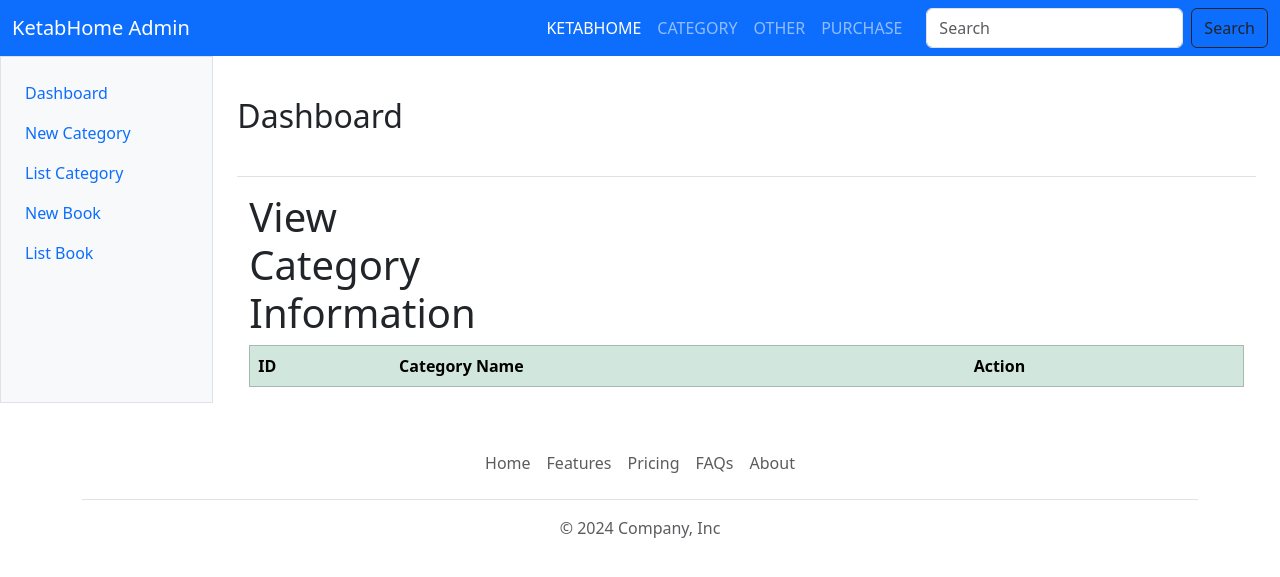
Repository: nyeinsu4520/coursera-test
Page: http://localhost/view_Categories
The author's editor kept a copy of each file at every save. The page is drawn from the files as they stood at one save, then again after the next save.
The browser window is 1280 px wide. The pictures show the whole page.
Some web fonts or font styles are not loaded; a fallback is used. The page is this project's Thymeleaf template; nobody is signed in. The template is opened directly, without the code that normally fills it, so the values that code supplies are empty.

Above is the page before, as saved 2024-05-30 17:28:04.

### KetabHome/src/main/resources/templates/view_Categories.html
<!DOCTYPE html>
<html xmlns="www.thumeleaf.org">
<head>
<meta charset="ISO-8859-1">
<title>Category Page</title>
<link rel="stylesheet"  href="/bootstrap/css/bootstrap.min.css">
<script src="/bootstrap/js/bootstrap.bundle.js" type="text/javascript"> </script>

<style>
.navbar-purple {
    background-color: purple;
}

.navbar-purple .nav-link {
    color: white !important;
}
</style>

</head>
<body>

<div th:replace="fragment/header"></div>

	<div class="container-fluid">
    <div class="row">
        <div class="sidebar border border-right col-md-3 col-lg-2 p-0 bg-body-tertiary">
            <div class="offcanvas-md offcanvas-end bg-body-tertiary" tabindex="-1" id="sidebarMenu" aria-labelledby="sidebarMenuLabel">
                <div class="offcanvas-header">
                    <h5 class="offcanvas-title" id="sidebarMenuLabel">KetabHome Admin</h5>
                    <button type="button" class="btn-close" data-bs-dismiss="offcanvas" aria-label="Close"></button>
                </div>
                <div class="offcanvas-body d-md-flex flex-column p-0 pt-lg-3 overflow-y-auto">
                    <ul class="nav flex-column">
                        <li class="nav-item">
                            <a class="nav-link d-flex align-items-center gap-2 active" aria-current="page" href="#">
                            <i class="fa-solid fa-gauge"></i>
                                Dashboard
                            </a>
                        </li>
                        <li class="nav-item">
                            <a class="nav-link d-flex align-items-center gap-2" href="#">
                            <i class="fa-solid fa-plus"></i>
                                New Category
                            </a>
                        </li>
                        <li class="nav-item">
                            <a class="nav-link d-flex align-items-center gap-2" href="#">
                            <i class="fa-solid fa-table-list"></i>
                                List Category
                            </a>
                        </li>
                        <li class="nav-item">
                            <a class="nav-link d-flex align-items-center gap-2" href="#">
                            <i class="fa-solid fa-plus"></i>
                                New Book
                            </a>
                        </li>
                        <li class="nav-item">
                            <a class="nav-link d-flex align-items-center gap-2" href="#">
                            <i class="fa-solid fa-table-list"></i>
                                List Book
                            </a>
                        </li>
                    </ul>
                </div>
            </div>
        </div>


        <main class="col-md-9 ms-sm-auto col-lg-10 px-md-4">
      <div class="d-flex justify-content-between flex-wrap flex-md-nowrap align-items-center pt-3 pb-2 mb-3 border-bottom">
        <h1 class="h2">Dashboard</h1>
        <div class="btn-toolbar mb-2 mb-md-0">
          <div class="album py-5 bg-body-tertiary">
          </div>
           </div>
           </div>
    <div class="container">
      <div class="row row-cols-1 row-cols-sm-2 row-cols-md-3 row-cols-md-4 g-4">
      <h1>View Category Information</h1>

    </div>



	<table class="table table-success " border="1">
		<tr>
		<th>ID</th>
		<th>Category Name</th>
		<th>Action</th>
		</tr>
		<tr th:each="category:${categoryList}">

			<td th:text="${category.id}"></td>
			<td th:text="${category.name}"></td>
			<td><a th:href="@{/category/edit/{id} (id=${category.id})}">Edit</a>
			<a th:href="@{/category/delete/{id} (id=${category.id})}"> | Delete</a>
			</td>
		</tr>
	</table>

	<!-- <form th:action="@{/category/add}" method="get">
	<input type="submit" value="Add Category">
	</form> -->

	</div>



      </main>

       </div>
    </div>











	<div th:replace="fragment/footer"></div>
</body>
</html>

### KetabHome/src/main/resources/templates/fragment/header.html
<!DOCTYPE html>
<html xmlns="www.thymeleaf.org">
<head>
<meta charset="ISO-8859-1">
<title>Insert title here</title>

<link rel="stylesheet" href="/bootstrap/css/bootstrap.min.css">
<script type="text/javascript" src="../static/bootstrap/js/bootstrap.bundle.min.js"></script>

</head>
<body>
	<nav class="navbar navbar-expand-lg navbar-dark bg-primary" aria-label="Offcanvas navbar large">
    <div class="container-fluid">
      <a class="navbar-brand" href="#">KetabHome Admin</a>
      <button class="navbar-toggler" type="button" data-bs-toggle="offcanvas" data-bs-target="#offcanvasNavbar2" aria-controls="offcanvasNavbar2" aria-label="Toggle navigation">
        <span class="navbar-toggler-icon"></span>
      </button>
      <div class="offcanvas offcanvas-end text-bg-dark" tabindex="-1" id="offcanvasNavbar2" aria-labelledby="offcanvasNavbar2Label">

        <div class="offcanvas-body">
          <ul class="navbar-nav justify-content-end flex-grow-1 pe-3">
            <li class="nav-item">
              <a class="nav-link active" aria-current="page" href="#">KETABHOME</a>
            </li>
            <li class="nav-item">
              <a class="nav-link" href="#">CATEGORY</a>
            </li>
            <li class="nav-item">
              <a class="nav-link " aria-current="page" href="#">OTHER</a>
            </li>
            <li class="nav-item">
              <a class="nav-link" href="#">PURCHASE</a>
            </li>

          </ul>
          <form class="d-flex mt-3 mt-lg-0" role="search">
            <input class="form-control me-2" type="search" placeholder="Search" aria-label="Search">
            <button class="btn btn-outline-dark" type="submit">Search</button>
          </form>
        </div>
      </div>
    </div>
  </nav>
</body>
</html>

### KetabHome/src/main/resources/templates/fragment/footer.html
<!DOCTYPE html>
<html>
<head>
<meta charset="ISO-8859-1">
<title>Insert title here</title>

<link rel="stylesheet" href="/bootstrap/css/bootstrap.min.css">
<script type="text/javascript" src="../static/bootstrap/js/bootstrap.bundle.min.js"></script>
<link rel="preconnect" href="https://fonts.googleapis.com">
<link rel="preconnect" href="https://fonts.gstatic.com" crossorigin>
<link href="https://fonts.googleapis.com/css2?family=Jersey+20&family=Jersey+25&family=Josefin+Sans:ital,wght@0,100..700;1,100..700&family=Noto+Sans+Myanmar:wght@100;200;300;400;500;600;700;800;900&family=Nunito+Sans:ital,opsz,wght@0,6..12,200..1000;1,6..12,200..1000&family=Padauk:wght@400;700&family=Platypi:ital,wght@0,300..800;1,300..800&family=Poppins:ital,wght@0,100;0,200;0,300;0,400;0,500;0,600;0,700;0,800;0,900;1,100;1,200;1,300;1,400;1,500;1,600;1,700;1,800;1,900&family=Roboto:ital,wght@0,100;0,300;0,400;0,500;0,700;0,900;1,100;1,300;1,400;1,500;1,700;1,900&display=swap" rel="stylesheet">

</head>
<body>


<div class="container">
  <footer class="py-3 my-4">
    <ul class="nav justify-content-center border-bottom pb-3 mb-3">
      <li class="nav-item"><a href="#" class="nav-link px-2 text-body-secondary">Home</a></li>
      <li class="nav-item"><a href="#" class="nav-link px-2 text-body-secondary">Features</a></li>
      <li class="nav-item"><a href="#" class="nav-link px-2 text-body-secondary">Pricing</a></li>
      <li class="nav-item"><a href="#" class="nav-link px-2 text-body-secondary">FAQs</a></li>
      <li class="nav-item"><a href="#" class="nav-link px-2 text-body-secondary">About</a></li>
    </ul>
    <p class="text-center text-body-secondary">&copy; 2024 Company, Inc</p>
  </footer>
</div>
</body>
</html>

Loaded but not shown: KetabHome/src/main/resources/static/bootstrap/css/bootstrap.min.css (library); KetabHome/src/main/resources/static/bootstrap/js/bootstrap.bundle.js (library); KetabHome/src/main/resources/static/bootstrap/js/bootstrap.bundle.min.js (library)

After the next save:
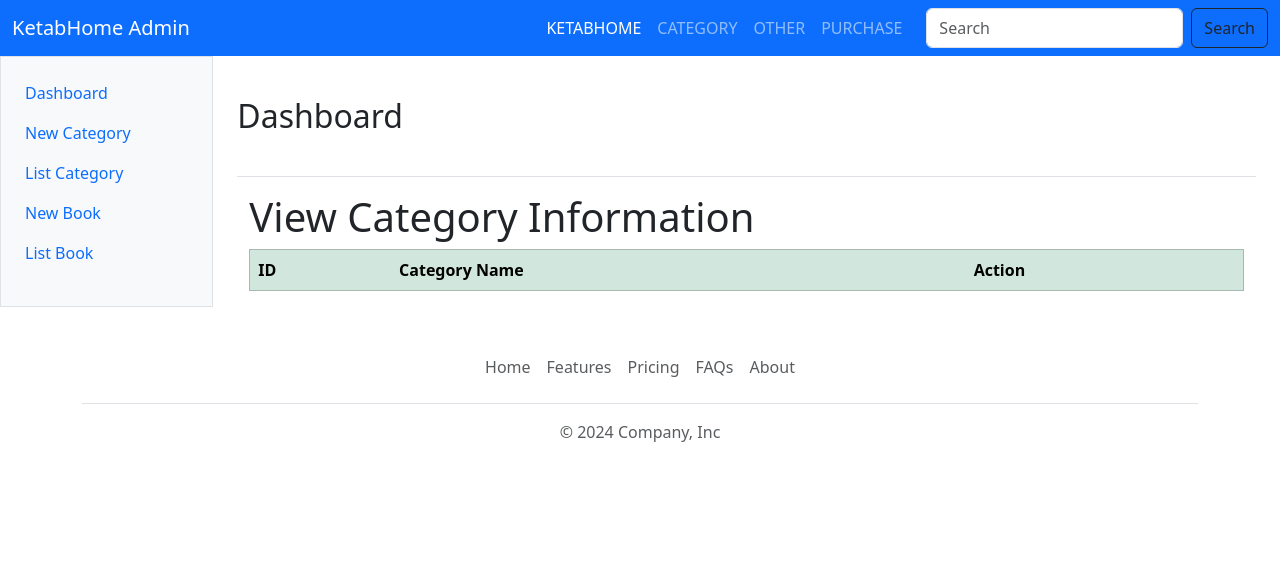
Saved 27 s later.
--- a/KetabHome/src/main/resources/templates/view_Categories.html
+++ b/KetabHome/src/main/resources/templates/view_Categories.html
@@ -76,7 +76,7 @@
            </div>
            </div>
     <div class="container">
-      <div class="row row-cols-1 row-cols-sm-2 row-cols-md-3 row-cols-md-4 g-4">
+      <div class="row ">
       <h1>View Category Information</h1>
 
     </div>
